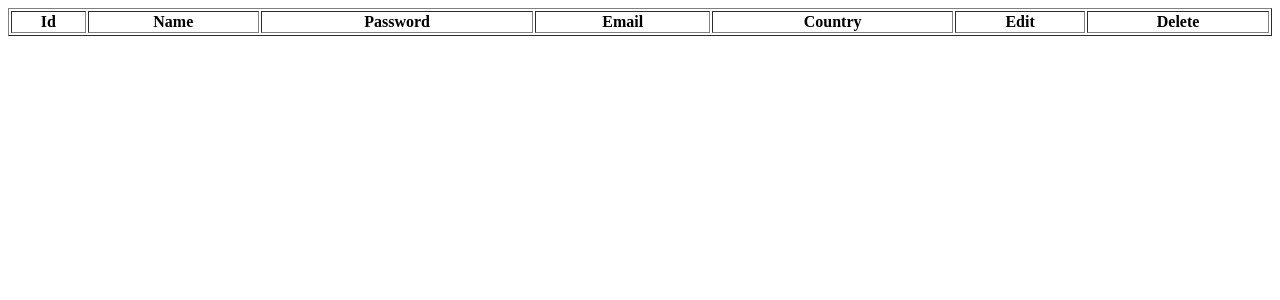
Repository: Kamleshmaury/CoreJava
Page: http://localhost/Crud_App/view.jsp
An editor plug-in stored every save of this project. The page is shown before and after the next save, followed by the edit.
The browser window is 1280 px wide. The pictures show the whole page.
The page is served by Tomcat 10. Other server files are loaded and not shown.

Above is the page before, as saved 2022-10-18 06:31:02.

### Crud_App/src/main/webapp/view.jsp
<!DOCTYPE html PUBLIC "-//W3C//DTD HTML 4.01 Transitional//EN" "http://www.w3.org/TR/html4/loose.dtd">
<html>
<head>
<meta http-equiv="Content-Type" content="text/html; charset=UTF-8">
<title>Insert title here</title>
</head>
<body>
	<form action="ViewServlet" method="get">
		<table border='1' width='100%'>
			<tr>
				<th>Id</th>
				<th>Name</th>
				<th>Password</th>
				<th>Email</th>
				<th>Country</th>
				<th>Edit</th>
				<th>Delete</th></tr>
		</table>
	</form>
</body>
</html>

After the next save:
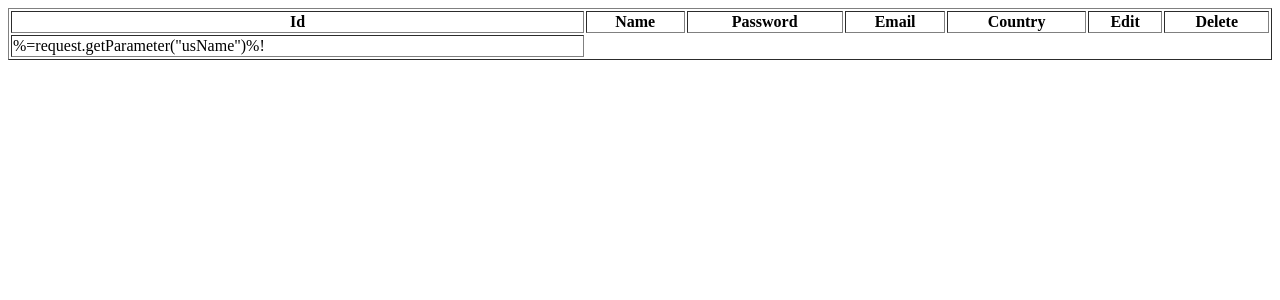
Saved 2 min 14 s later.
--- a/Crud_App/src/main/webapp/view.jsp
+++ b/Crud_App/src/main/webapp/view.jsp
@@ -15,6 +15,9 @@
 				<th>Country</th>
 				<th>Edit</th>
 				<th>Delete</th></tr>
+
+				<tr>
+					<td> %=request.getParameter("usName")%! </td>
 		</table>
 	</form>
 </body>
